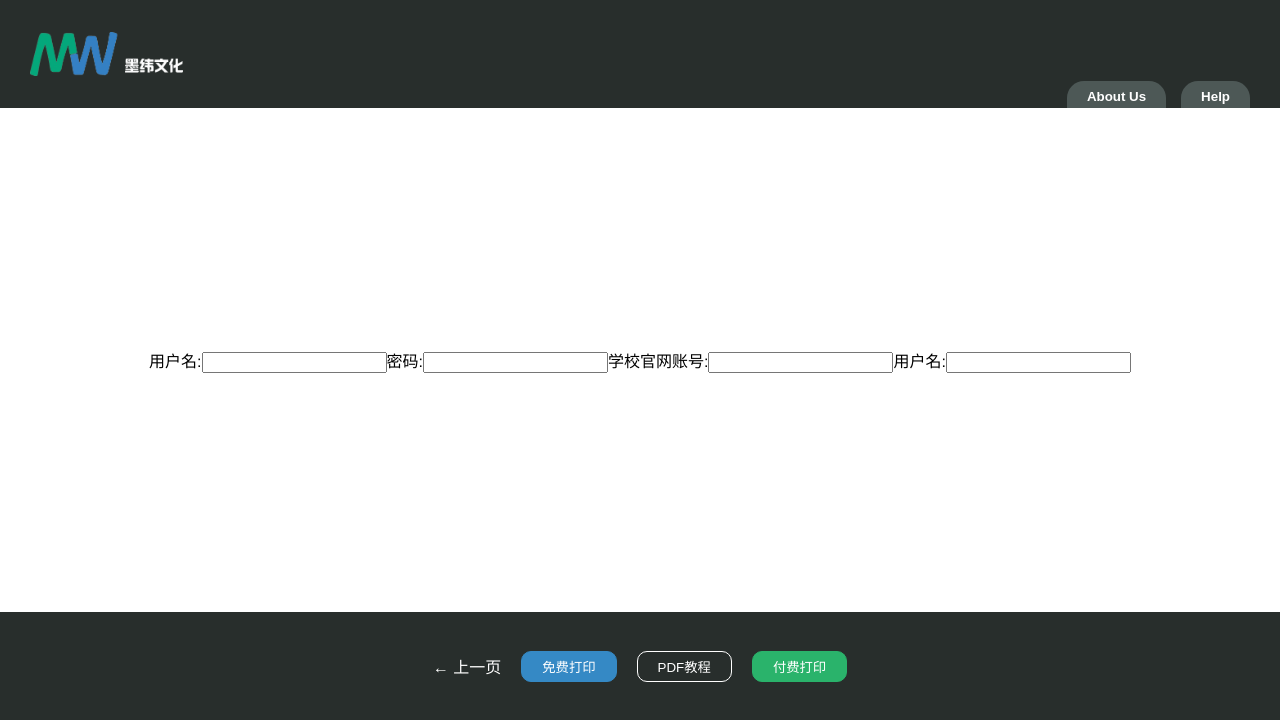
Repository: sucksucksucksuck/mw
Page: /#/register
The author's editor kept a copy of each file at every save. The page is drawn from the files as they stood at one save, then again after the next save.
The browser window is 1280 px wide. The pictures show the whole page.
The project was rebuilt for these pictures with package versions that can differ from the ones it lists, and the page was loaded fresh each time. Also part of the build but not shown: webpack.config.js, src/components/HelloWorld.vue, src/components/Suck.vue.

Above is the page before, as saved 2018-04-13 17:05:44.

### index.html
<!DOCTYPE html>
<html>
  <head>
    <meta charset="utf-8">
    <meta name="viewport" content="width=device-width,initial-scale=1.0">
    <title>mw文化</title>
  </head>
  <body>
    <div id="app">

    </div>
  </body>
</html>

### src/App.vue
<template>
  <div id="app">
    <header>
      <img src="./assets/images/logo.png" alt="">
      <div class="btn">
        <button type="button">About Us</button>
        <button type="button">Help</button>
      </div>
    </header>
    <div class="wrap">
        <router-view/>
    </div>
    <footer>
      <div @click='back'>
          ← 上一页
      </div>
          <button type="button" class="free">
              免费打印
            </button>
            <button type="button" class="pdf">
              PDF教程
            </button>
            <button type="button" class="pay">
              付费打印
            </button>
    </footer>
  </div>
</template>

<script>
export default {
  name: 'App',
  methods: {
    back: function () {
      this.$router.go(-1);
    }
  }
}
</script>

<style>
#app {
  font-family: 'Avenir', Helvetica, Arial, sans-serif;
  -webkit-font-smoothing: antialiased;
  -moz-osx-font-smoothing: grayscale;
  text-align: center;
  color: #fff;
  background-color: #282E2C;
  height: 100%;
  display: flex;
  flex-direction: column;
  flex: 1;
  width: 100%;
  overflow: hidden;
  position: absolute;
  top: 0;
  left: 0;
}
header {
  background: #282E2C;
  height: 15%;
  justify-content: space-between;
  align-items: center;
  display: flex;
}
header .btn {
  margin-right: 30px;
  display: flex;
  flex-direction: row;
  justify-content: space-between;
  align-self: flex-end;
}
header .btn button {
  margin-left: 15px;
  border: none;
  background: rgba(225, 255, 255, 0.2);
  color:#fff;
  border-top-left-radius: 17px;
  border-top-right-radius: 17px;
  padding: 8px 20px 4px 20px;
  cursor: pointer;
  outline: none;
  font-weight: 600;
}

.wrap {
  flex:1;
  display: flex;
  background: #fff;
}
header img {
  height: 40%;
  margin-left: 30px;
}
* {
  margin: 0;
}
footer {
  background: #282E2C;
  height: 15%;
  justify-content: center;
  display: flex;
  align-items: center
}
footer div {
  cursor: pointer;
}
footer div:hover {
  color: #3580C4;
}
.free {
  margin-left: 20px;
  border: 1px solid #3589C5;
  background: #3589C5;
  color:#fff;
  border-radius: 10px;
  padding: 5px 20px;
  cursor: pointer;
  outline: none;
}
.pdf {
  margin-left: 20px;
  border: 1px solid #fff;
  box-sizing: content-box;
  background: transparent;
  color:#fff;
  border-radius: 10px;
  padding: 5px 20px;
  cursor: pointer;
  outline: none;
}
.pay {
  margin-left: 20px;
  border: 1px solid #2AB36B;
  background: #2AB36B;
  color:#fff;
  border-radius: 10px;
  padding: 5px 20px;
  cursor: pointer;
  outline: none;
}
</style>

### src/router/index.js
import Vue from 'vue'
import Router from 'vue-router'
import HelloWorld from '@/components/HelloWorld'
import Suck from '@/components/Suck'
import Register from '@/components/Register'
Vue.use(Router)

export default new Router({
  routes: [
    {
      path: '/',
      name: 'HelloWorld',
      component: HelloWorld
    },
    {
      path: '/suck',
      name: 'Suck',
      component: Suck
    },
    {
      path: '/register',
      name: 'Register',
      component: Register
    }
  ]
})

### src/components/Register.vue
<template>
  <!-- <div class="hello">
      <h1>{{ msg }}23234</h1>
    </div> -->
  <div class="register">
    <div class="item">
      <span>用户名:</span>
      <input type="text" name="name">
    </div>
    <div class="item">
      <span>密码:</span>
      <input type="text" name="name">
    </div>
    <div class="item">
      <span>学校官网账号:</span>
      <input type="text" name="name">
    </div>
    <div class="item">
      <span>用户名:</span>
      <input type="text" name="name">
    </div>
  </div>
</template>

<script>
  export default {
    name: 'Suck',
    data() {
      return {
        msg: 'Suckkkkkkkk'
      }
    }
  }

</script>

<!-- Add "scoped" attribute to limit CSS to this component only -->
<style scoped>
  .register {
    color: #000;
    display: flex;
    align-items: center;
    justify-content: center;
    flex: 1;
  }

</style>

Loaded but not shown: src/main.js (common file)

After the next save:
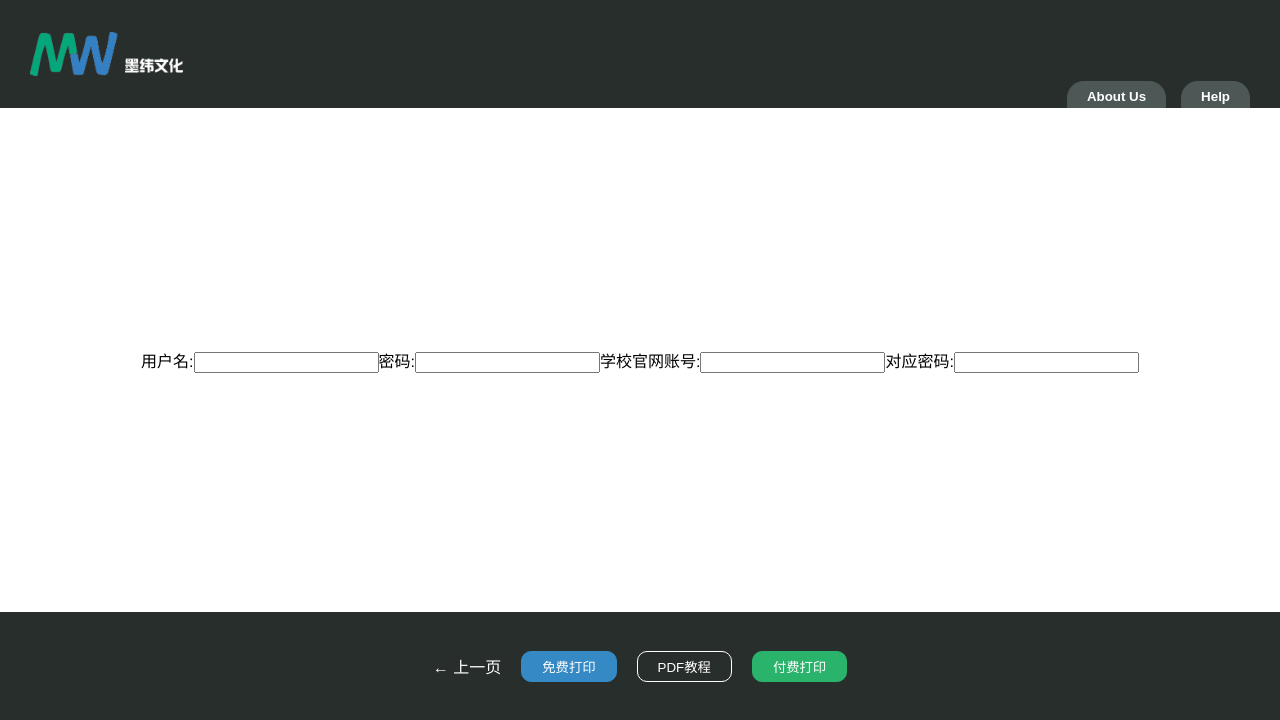
Saved 7 s later.
--- a/src/components/Register.vue
+++ b/src/components/Register.vue
@@ -16,7 +16,7 @@
       <input type="text" name="name">
     </div>
     <div class="item">
-      <span>用户名:</span>
+      <span>对应密码:</span>
       <input type="text" name="name">
     </div>
   </div>
